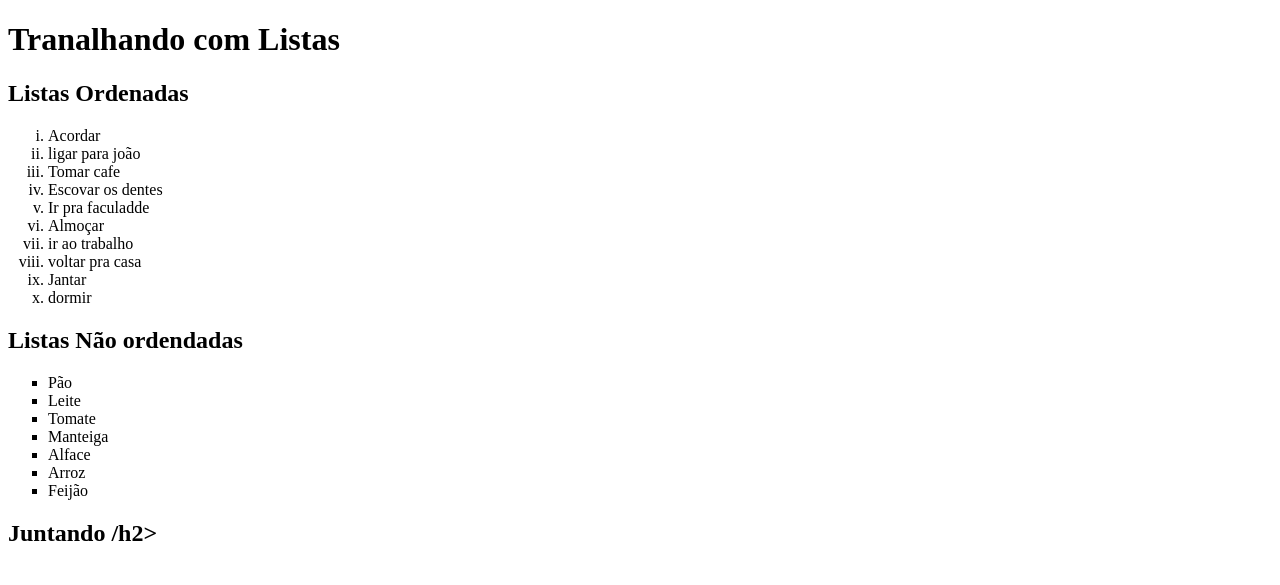
Repository: pheonix5/Estudo
Page: html-css/exercicios/ex009/index.html
An editor plug-in stored every save of this project. The page is shown before and after the next save, followed by the edit.
The browser window is 1280 px wide. The pictures show the whole page.

Above is the page before, as saved 2023-07-26 14:03:31.

After the next save:
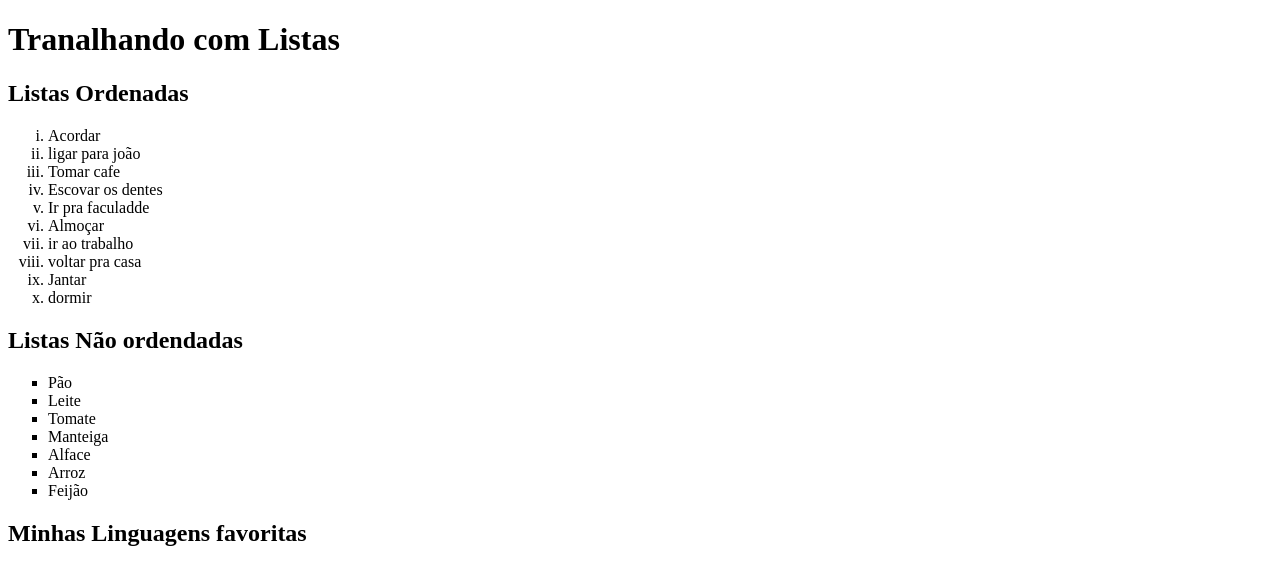
Saved 6 days later.
--- a/html-css/exercicios/ex009/index.html
+++ b/html-css/exercicios/ex009/index.html
@@ -33,6 +33,6 @@
     <li>Feijão</li>
   </ul>
 
-  <h2>Juntando /h2>
+  <h2>Minhas Linguagens favoritas </h2>
 </body>
 </html>
